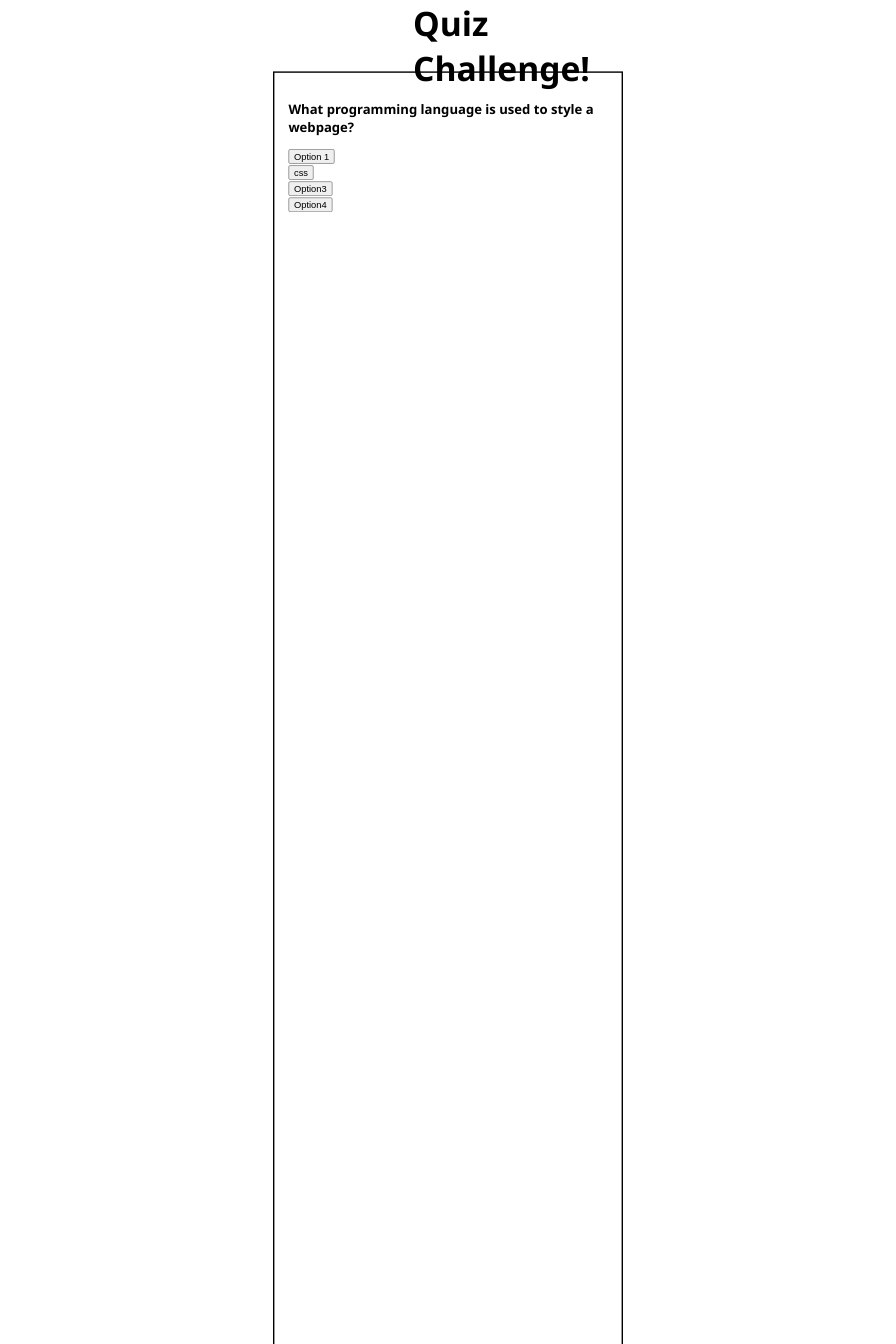
Repository: s88leigh/Quiz-Challenge
Page: index.html
These files come from the project's save history. The page is drawn as it stood at one moment and after the next save; the edit follows.
The browser window is 1280 px wide. The pictures show the part of the page from y = 0 to 1920 px (the page is 4302 px tall before and 720 px after), at 70% of full size.

Above is the page before, as saved 2019-10-18 11:14:34.

### index.html
<!DOCTYPE html>
<html lang="en">

<head>
    <meta charset="UTF-8">
    <meta name="viewport" content="width=device-width, initial-scale=1.0">
    <meta http-equiv="X-UA-Compatible" content="ie=edge">
    <link rel="stylesheet" type="text/css" href="style.css">
    <title>Quiz</title>


</head>

<body>
    <h1 id="title">Quiz Challenge!</h1>
    <br>
    <div id="question-box">

        <h3 id="question">question</h3>
        <div id="answers"></div>

    </div>

    <!-- <div class="wrapper">
    <h1>Coding Timetracker</h1>
    <h2><span id="counter">0</span> Hours Spent Coding Today</h2>
    <button id="add">Increment</button>
    <button id="subtract">Decrement</button>
  </div> -->

    <script src="./script.js"></script>
</body>

</html>

### style.css
#title {
    width: 100px;
    height: 50px;
    margin: auto;
    margin-bottom: 30px;
    text-align: center;
}

#question-box {
    width: 500px;
    height:4200px;
    padding: 20px;
    margin: auto;
    border: 2px solid black;
}
/*
/* time tracker */
*, *::before, *::after {
    box-sizing: border-box;
  }

  html {
    font-size: 16px;
    font-family: 'Segoe UI', Tahoma, Geneva, Verdana, sans-serif;
  }

  body {
    margin: 0;
    padding: 0;
    font-weight: normal;
  }

  .wrapper {
    width: 800px;
    margin: 0 auto;
    text-align: center;
  }

  h1 {
    font-size: 3em;
  }

  #add, #subtract {
    border-radius: 4px;
    border-style: none;
    box-shadow: rgba(34,36,38,.15) 0 0 0 0 inset;
    color: #fff;
    cursor: pointer;
    font-family: "Helvetica Neue",Arial,Helvetica,sans-serif;
    font-size: 1em;
    font-weight: 700;
    line-height: 0;
    padding: 20px;
  }

  #add {
    background-color: #2185d0;
  }

  #add:hover {
    background-color: #1678c2;
  }

  #subtract {
    background-color: #db2828;
  }

  #subtract:hover {
    background-color: #CF1919;
  }
   */

### script.js
// var btn1 = document.getElementById("btn1");
// var btn2 = document.getElementById("btn2");
// var btn3 = document.getElementById("btn3");
// var btn4 = document.getElementById("btn4");
var currQuestionDiv = document.getElementById("question");
var answersDiv = document.getElementById("answers");

var questions = [
    {
        questionText: "What programming language is used to style a webpage?",
        choices: ["Option 1", "css", "Option3", "Option4"],
        answer: "css"
    },
    {
        questionText: "Which one is a DOM element?",
        choices: ["Option 1", "Option 2", "addEventListener", "Option4"],
        answer: "addEventListener"
    },
    {
        questionText: "Which is a DOM attribute?",
        choices: ["value", "Option 2", "Option3", "Option4"],
        answer: "value"
    },
    {
        questionText: "What are the inputs of a function called?",
        choices: ["Option 1", "Option 2", "Option3", "parameters"],
        answer: "parameters"
    },
    {
        questionText: "What is the output of a function called?",
        choices: ["Option 1", "Option 2", "Option3", "parameters"],
        answer: "return"
    }
];

var qIndex = 0;
var timer, timerId;

function startTimer(){
    clearInterval(timerId);
    timer = 15;
    timerId = setInterval(function(){
        console.log(timer, timerId)
        timer--;
        if(timer === 0){
            clearInterval(timerId);
            qIndex++;
            if(qIndex > questions.length){
                questionText();
            }
        }
    }, 1 * 1000);
}
function questionText() {
    startTimer();
    var currentQuestion = questions[qIndex];
    currQuestionDiv.innerText = currentQuestion.questionText;

    answersDiv.innerHTML = "";
    for (var i = 0; i < currentQuestion.choices.length; i++) {
        var button = document.createElement("button");
        var newline = document.createElement("br");
        button.innerText = currentQuestion.choices[i];
        button.onclick = clickButton;
        button.setAttribute("value", currentQuestion.choices[i])

        answersDiv.appendChild(button)
        answersDiv.appendChild(newline)
    }
};

function clickButton() {
    var choice = this.value;

    if(choice === questions[qIndex].answer){
        console.log("correct")
    } else {
        console.log("incorrect")
    }
    qIndex++;
    questionText();
}
questionText()
// for (var i = 0; i < questions.length; i++) {
//     // get the question
//     var question = questions[i];
//     // get the question text and do something with it, put it on document
//     question.questionText;
// }

// questionText()




// // Counter in local storage
// var counter = document.querySelector("#counter");
// var addButton = document.querySelector("#add");
// var subtractButton = document.querySelector("#subtract");

// var count = localStorage.getItem("count");

// counter.textContent = count;

// addButton.addEventListener("click", function() {
//   count++;
//   counter.textContent = count;

//   localStorage.setItem("count", count);
// });

// subtractButton.addEventListener("click", function() {
//   count--;
//   counter.textContent = count;

//   localStorage.setItem("count", count);
// });

// // testing
// var h1 = document.createElement("h1");
// var h1Text = document.createTextNode("Hello Kitty");
// h1.appendChild(h1Text);
// document.body.appendChild(h1);

After the next save:
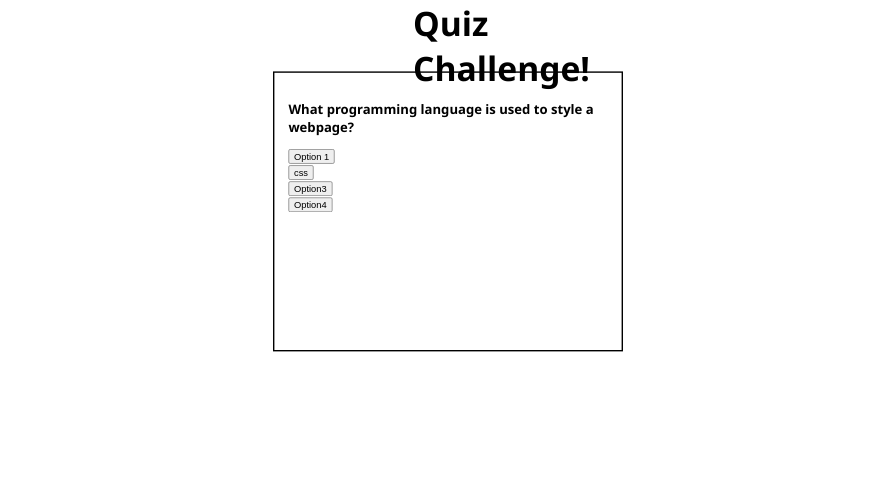
Saved 7 s later.
--- a/style.css
+++ b/style.css
@@ -8,7 +8,7 @@
 
 #question-box {
     width: 500px;
-    height:4200px;
+    height:400px;
     padding: 20px;
     margin: auto;
     border: 2px solid black;
